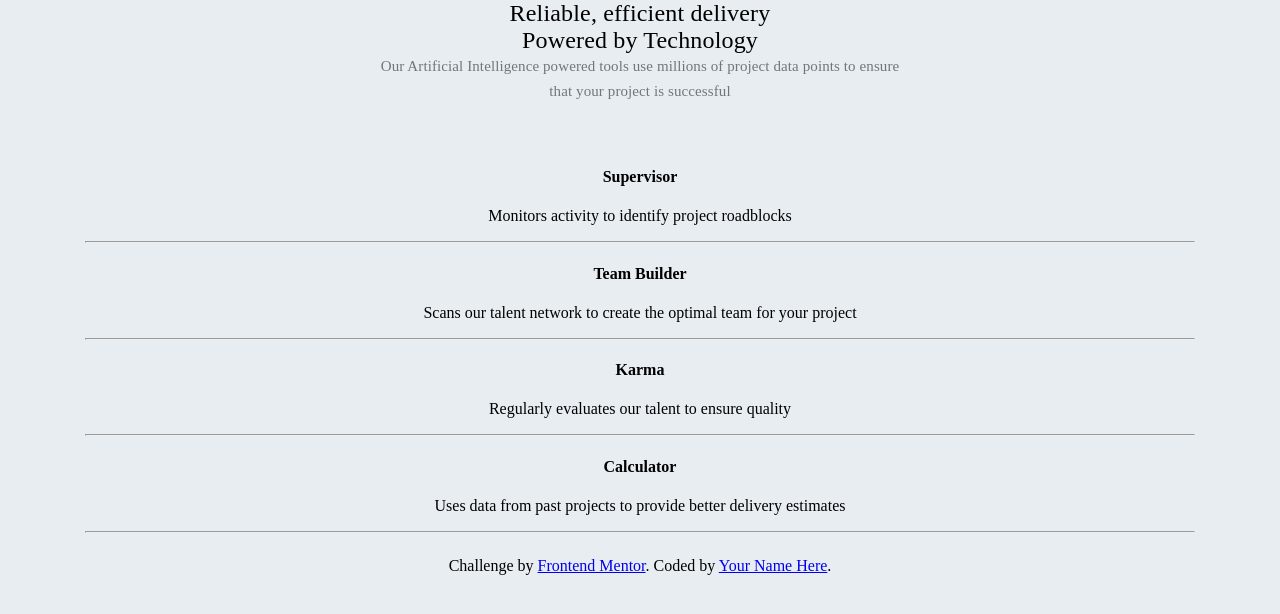
Repository: AngelaMwelu/four-card-page
Page: index.html
The author's editor kept a copy of each file at every save. The page is drawn from the files as they stood at one save, then again after a run of saves.
The browser window is 1280 px wide. The pictures show the whole page.

Above is the page before, as saved 2025-05-15 15:45:53.

After the next 2 saves:
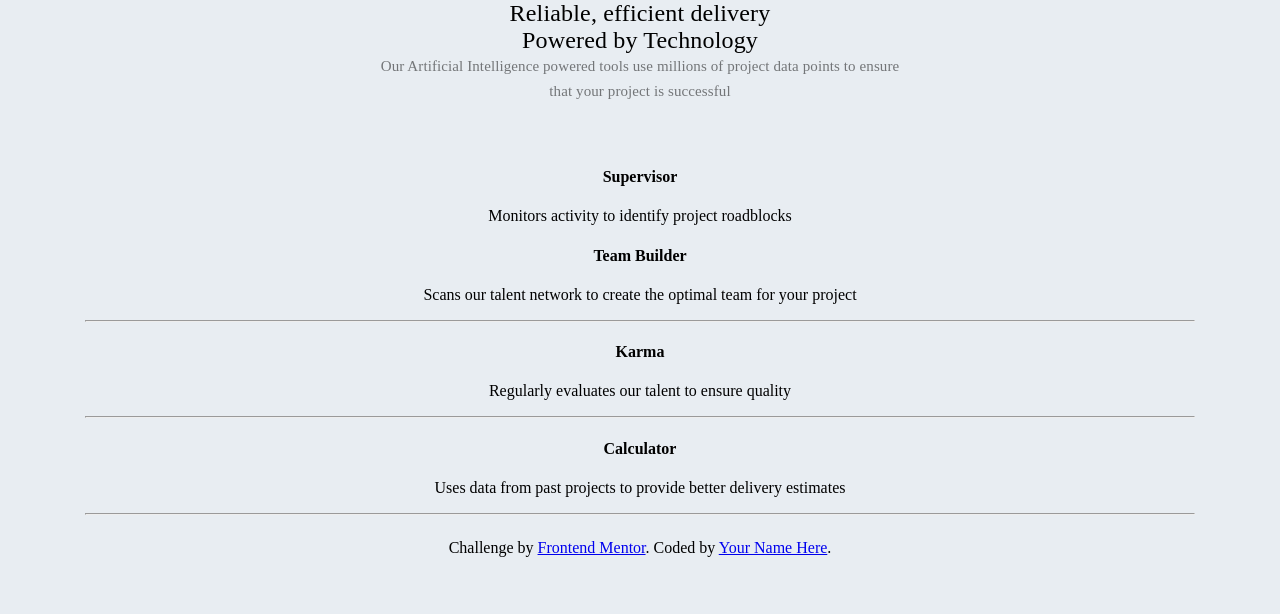
The 2 saves are shown as one change because they came seconds apart.
The last was saved 4 min 0 s later.
--- a/index.html
+++ b/index.html
@@ -26,7 +26,6 @@
       <h4>Supervisor</h4>
       <p>Monitors activity to identify project roadblocks</p>
     </div>
-    <hr clas="br1">
 
     <div class="Team Builder">
       <h4>Team Builder</h4>
